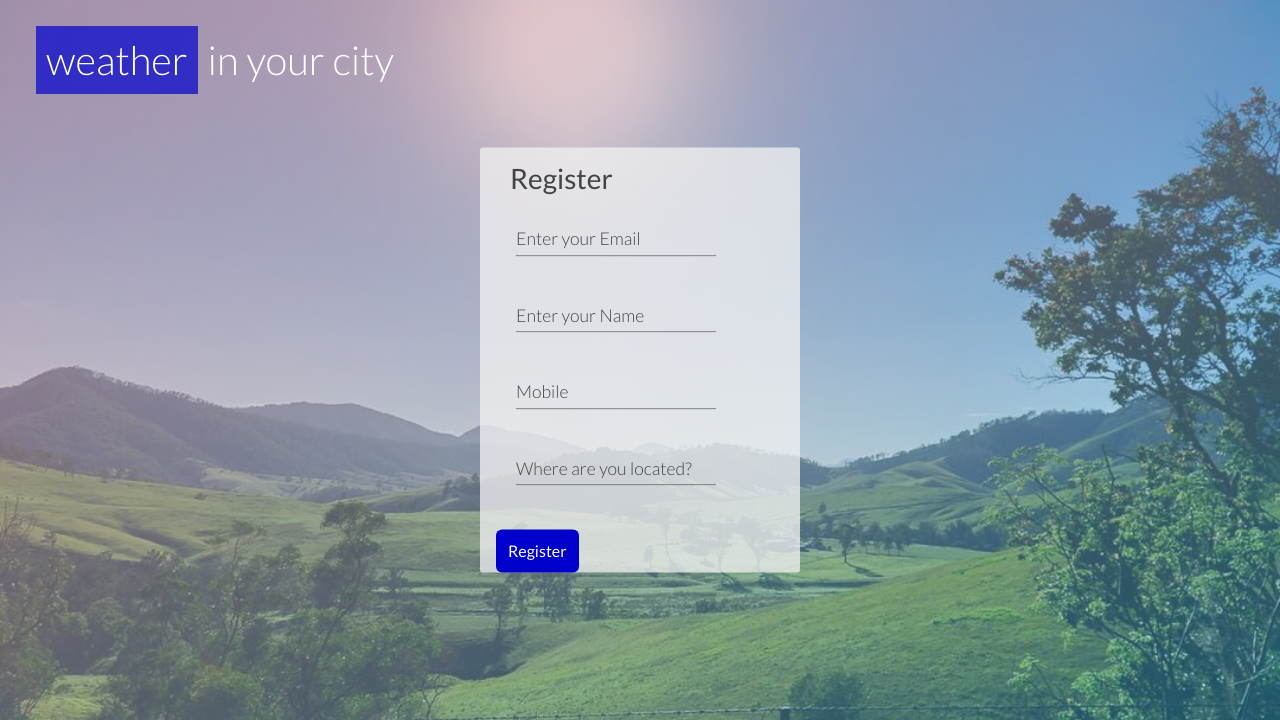
Repository: nosplashurinal/weather-app
Page: /
These files come from the project's save history. The page is drawn as it stood at one moment and after the next save; the edit follows.
The browser window is 1280 px wide. The pictures show the whole page.
The project was rebuilt for these pictures with package versions that can differ from the ones it lists, and the page was loaded fresh each time. Also part of the build but not shown: src/components/RecentSearches.vue, src/components/Search.vue, src/components/WeatherDataBlock.vue, src/components/Login.vue.

Above is the page before, as saved 2018-12-31 18:23:17.

After the next save:
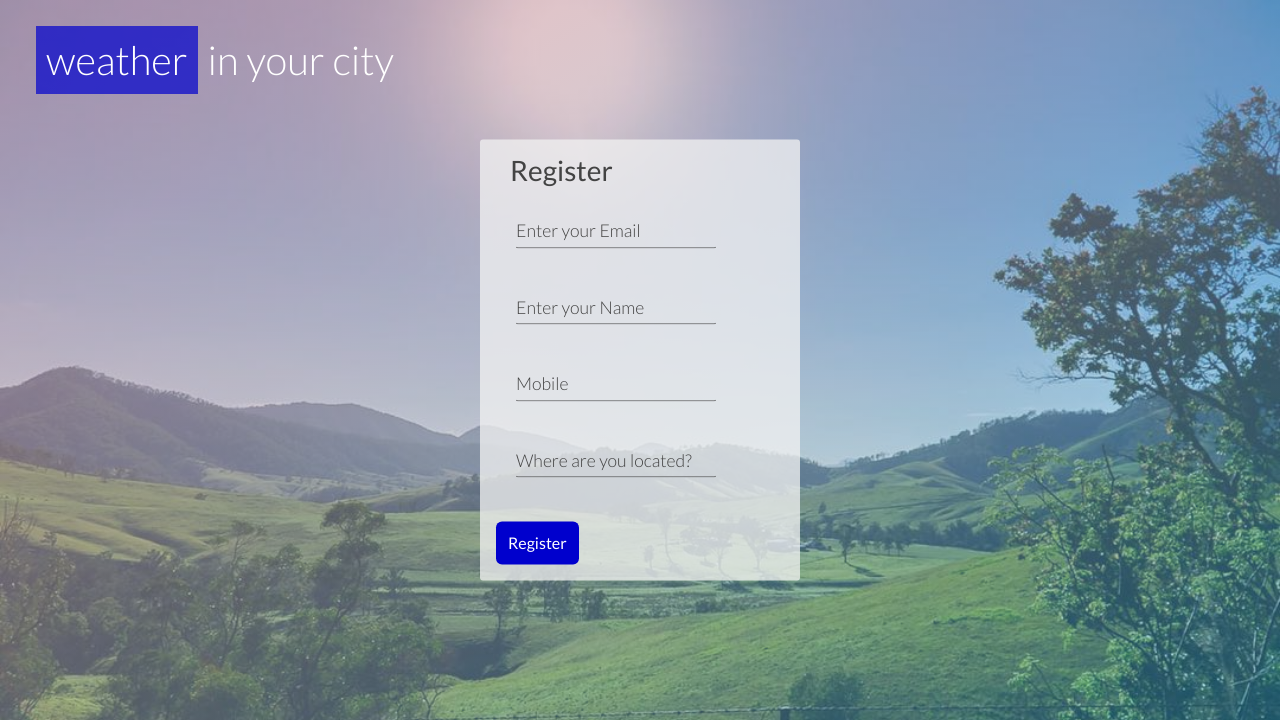
Saved 14 s later.
--- a/src/styles/registration.scss
+++ b/src/styles/registration.scss
@@ -53,9 +53,9 @@
     background: $blue;
     color: #fff;
     padding: 0.75em;
-    margin-right: 1em;
+    margin: auto;
+    margin-bottom: 1em;
     border-radius: 6px;
     cursor: pointer;
-    margin: auto;
   }
 }
